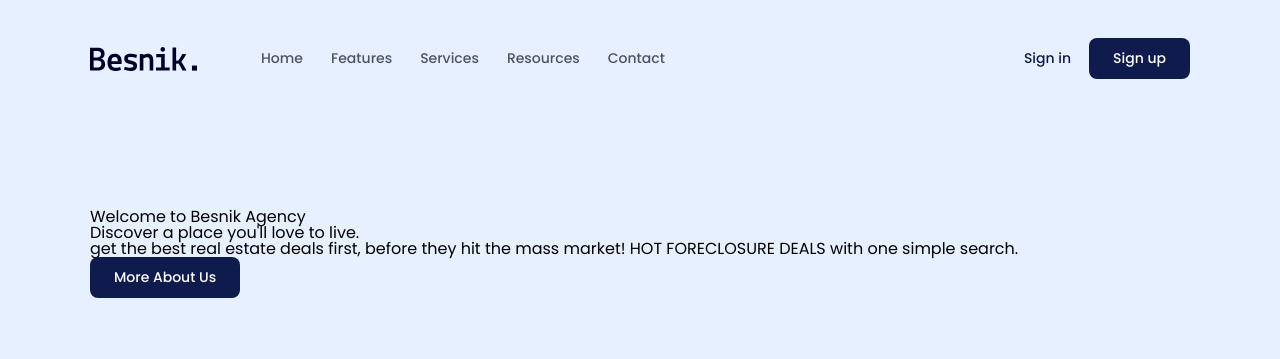
Repository: ducvui2003/f8-project-01
Page: index.html
These files come from the project's save history. The page is drawn as it stood at one moment and after the next save; the edit follows.
The browser window is 1280 px wide. The pictures show the whole page.

Above is the page before, as saved 2023-06-16 19:36:39.

After the next save:
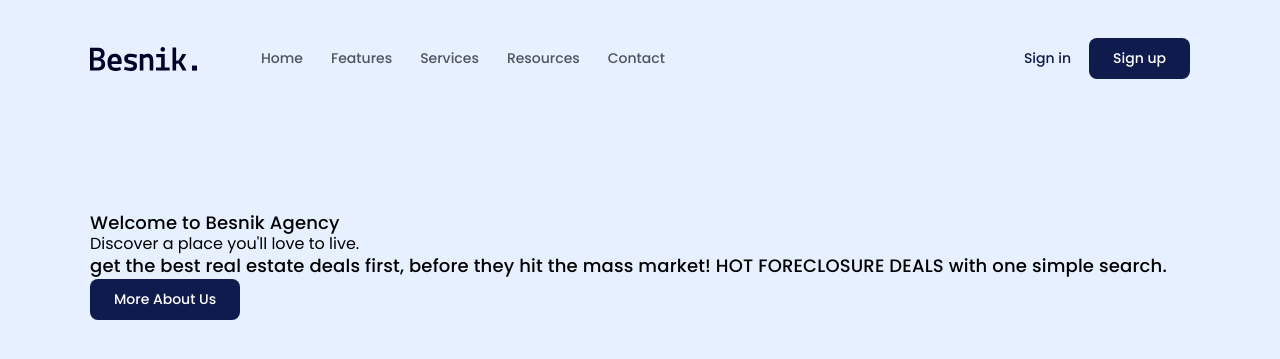
Saved 35 s later.
--- a/asset/css/styles.css
+++ b/asset/css/styles.css
@@ -81,7 +81,15 @@
 .hero {
   margin-top: 130px;
 }
-.hero .sub-title {
+.hero .sub-title,
+.hero .desc {
+  font-style: normal;
+  font-weight: 500;
+  font-size: 18px;
+  line-height: 27px;
+  /* identical to box height */
+
+  letter-spacing: 0.01em;
 }
 .hero .title {
 }
